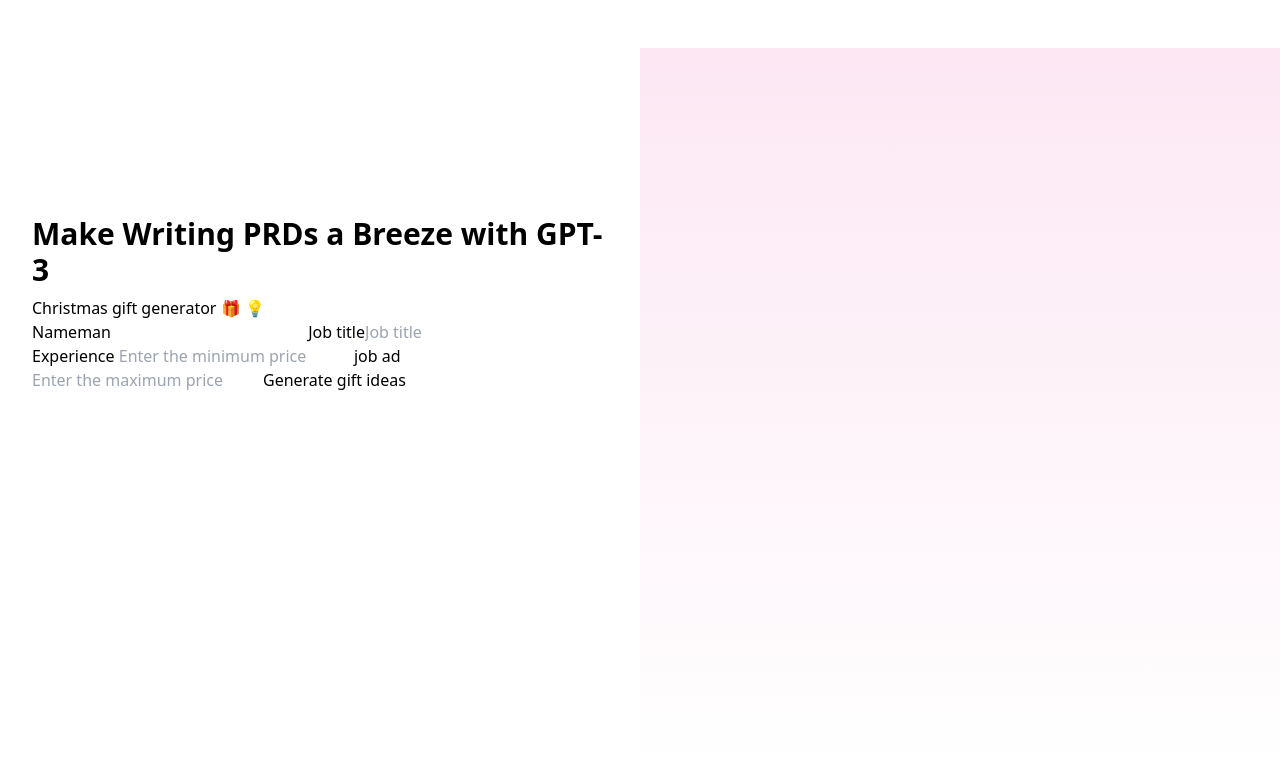
Repository: hamza-mastar/chatgpt-jpbad
Page: /
An editor plug-in stored every save of this project. The page is shown before and after the next save, followed by the edit.
The browser window is 1280 px wide. The pictures show the whole page.
The project was rebuilt for these pictures with package versions that can differ from the ones it lists, and the page was loaded fresh each time. The framework's server and built-in components were replaced by stand-ins that run in the browser.

Above is the page before, as saved 2023-01-30 04:32:29.

### pages/_app.js
import 'tailwindcss/tailwind.css'

import '../styles/globals.css'

export default function MyApp({ Component, pageProps }) {
  return <Component {...pageProps} />
}

### pages/index.js
import Head from 'next/head';
import React from 'react';
import { useState } from 'react';

import styles from './index.module.css';


// import './gifts.css'




export default function Home() {
  const [name, setName] = useState('man');
  const [job_title, setJob_title] = useState("");
  const [experience, setExperience] = useState("");
  const [job_ad, setJob_ad] = useState("");

  const [loading, setLoading] = useState(false);

  const [result, setResult] = useState('');

  async function onSubmit(event) {
    event.preventDefault();
    if (loading) {
      return;
    }
    setLoading(true);
    setResult('hamza');
    const response = await fetch('/api/generate-gifts', {
      method: 'POST',
      headers: {
        'Content-Type': 'application/json',
      },
      body: JSON.stringify({ name, job_title, experience, job_ad}),
    });
    const data = await response.json();
    setResult(data.result.replaceAll('\n', '<br />'));
    setLoading(false);
  }


  return (
    <>



    <dody class="h-full px-5 sm:px-6">
      <div class="flex relative sm:flex-col md: flex-col">

      <Head>
        <title>OpenAI Quickstart</title>
        <link rel="icon" href="/dog.png" />
      </Head>

      <main className={styles.main}>
     <div class="min-h-screen w-full lg:w-1/2 relative">
    <div class="h-full px-5 sm:px-6">
      <div class="h-full w-full max-w-xl mx-auto flex flex-col after:mt-auto after:flex-1">
        <header class="sm:flex-1 flex mb-auto sm:py-10 pt-6 items-center sm:justify-between flex-col sm:flex-row" >
          <div class="flex items-center justify-between h-24 md:h-20"> </div>

            {/* logo icone login  */}
            </header>
            <div class="flex-1 py-8">
           <div  class="mb-4" >
           <h1 class="text-3xl font-bold font-inter mb-2"> Make Writing PRDs a Breeze with GPT-3 </h1>





        <h3  >Christmas gift generator 🎁 💡</h3>
        <form  onSubmit={onSubmit}>
          <label>Name</label>
          <input
            type="text"
            name="name"
            placeholder="Enter the Name"
            value={name}
            onChange={(e) => setName(e.target.value)}
          />


          <label>Job title</label>
          <input
            type="text"
            name="job_title"
            placeholder="Job title"
            value={job_title}
            onChange={(e) => setJob_title(e.target.value)}
          />

          <label>Experience </label>
          <input
            type="text"
            name="experience"
            placeholder="Enter the minimum price"
            value={experience}
            onChange={(e) => setExperience(e.target.value)}
          />

          <label> job ad</label>
          <input
            type="text"
            name="job_ad"
            placeholder="Enter the maximum price"
            value={job_ad}
            onChange={(e) => setJob_ad(e.target.value)}
          />



          <input type="submit" value="Generate gift ideas" />

        </form>
        </div>
       </div>
        </div>
        </div>
          </div>

          {/* loging page ////////////////// */}

          <div class="relative lg:fixed right-0 bottom-0 lg:block lg:w-1/2 overflow-hidden sm:px-5 lg:h-full h-auto overflow-y-auto top-12">
            <div class="absolute inset-0 bg-gradient-to-b from-pink-100 to-white pointer-events-none -z-10" >
              {/* <div class="hidden md:block absolute right-0 pointer-events-none -z-10"> */}
                <div class="h-auto">
                {/* <div class="p-6 pb-0 h-[calc(100vh-6rem)]" > */}
                {/* <div class="form-textarea relative text-base w-full p-4 px-8 overflow-scroll h-[calc(100%-1rem)] shadow-2xl flex items-center justify-center" > */}
                {/* <div class="text-pink-600 font-mono text-left text-base font-semibold absolute top-4 left-4"> */}
        {loading && (
          <div>
            <h3>Looking for the best gift ideas 🎁 💡</h3>
            <img src="/loading.gif" className={styles.loading} />
          </div>



        )}
        <div class="is-typed pb-0 h-[calc(100vh-6rem)] form-textarea relative text-base w-full p-4 px-8 overflow-scroll   flex items-center justify-center "
          className={styles.result}
          dangerouslySetInnerHTML={{ __html: result }}


        />
        </div>
        </div>
        </div>
        {/* </div> */}
        {/* </div> */}
        {/* </div>
        </div> */}
      </main>
      </div>

      </dody>


    </>
  );
}
// Name Job_title Experience job_ad

### pages/index.module.css


@font-face {
  font-family: "ColfaxAI";
  src: url(https://cdn.openai.com/API/fonts/ColfaxAIRegular.woff2)
      format("woff2"),
    url(https://cdn.openai.com/API/fonts/ColfaxAIRegular.woff) format("woff");
  font-weight: normal;
  font-style: normal;
}
@font-face {
  font-family: "ColfaxAI";
  src: url(https://cdn.openai.com/API/fonts/ColfaxAIBold.woff2) format("woff2"),
    url(https://cdn.openai.com/API/fonts/ColfaxAIBold.woff) format("woff");
  font-weight: bold;
  font-style: normal;
}
/* .main,
.main input {
  font-size: 16px;
  line-height: 24px;
  color: #353740;
  font-family: "ColfaxAI", Helvetica, sans-serif;
}
.main {
  display: flex;
  flex-direction: column;
  align-items: center;
  padding-top: 60px;
}
.main .icon {
  width: 34px;
}
.main h3 {
  font-size: 32px;
  line-height: 40px;
  font-weight: bold;
  color: #202123;
  margin: 16px 0 40px;
}
.main form {
  display: flex;
  flex-direction: column;
  width: 320px;
}
.main input[type="text"] {
  padding: 12px 16px;
  border: 1px solid #10a37f;
  border-radius: 4px;
  margin-bottom: 24px;
  outline-color: #10a37f;
}
.main ::placeholder {
  color: #8e8ea0;
  opacity: 1;
}
.main input[type="submit"] {
  padding: 12px 0;
  color: #fff;
  background-color: #10a37f;
  border: none;
  border-radius: 4px;
  text-align: center;
  cursor: pointer;
}
.main .result {
  padding: 100px;
  font-weight: bold;
  margin-top: 40px;
  position:absolute;
  display: flex;
  justify-content: end;
} */

.main .loading {
  width: 50;
}

/* .main input[type="text"],
.main input[type="number"],
.main select {
  padding: 12px 16px;
  border: 1px solid #10a37f;
  border-radius: 4px;
  margin-bottom: 12px;
  margin-top: 4px;
}
.hamza {
  background-color: #10a37f;
} */






.relative {
  position: relative;
}

.nano {
  background-color: white;
  color: black;
  display: flex;
  overflow: scroll;
}

.form-textarea{
  border-width: 1px;
  --tw-border-opacity: 1;
  border-color: rgb(209 213 219 / var(--tw-border-opacity));
  --tw-bg-opacity: 1;
  background-color: rgb(255 255 255 / var(--tw-bg-opacity));
  height: 600px;
  width: 600px;
}

.texxt-base {
  font-size: 18px;
  line-height: 1.5;
  letter-spacing: -.01em;
  color: black

}
.typed {
  color: #1f2937;
  white-space: break-spaces;
  font-size: 100px;
}
@media only screen and (max-width: 600px) {
  .goho {
    width: auto;
    display: flex;
    justify-content:center ;

  }
}

Loaded but not shown: styles/globals.css (common file); tailwind.config.js (common file)

After the next save:
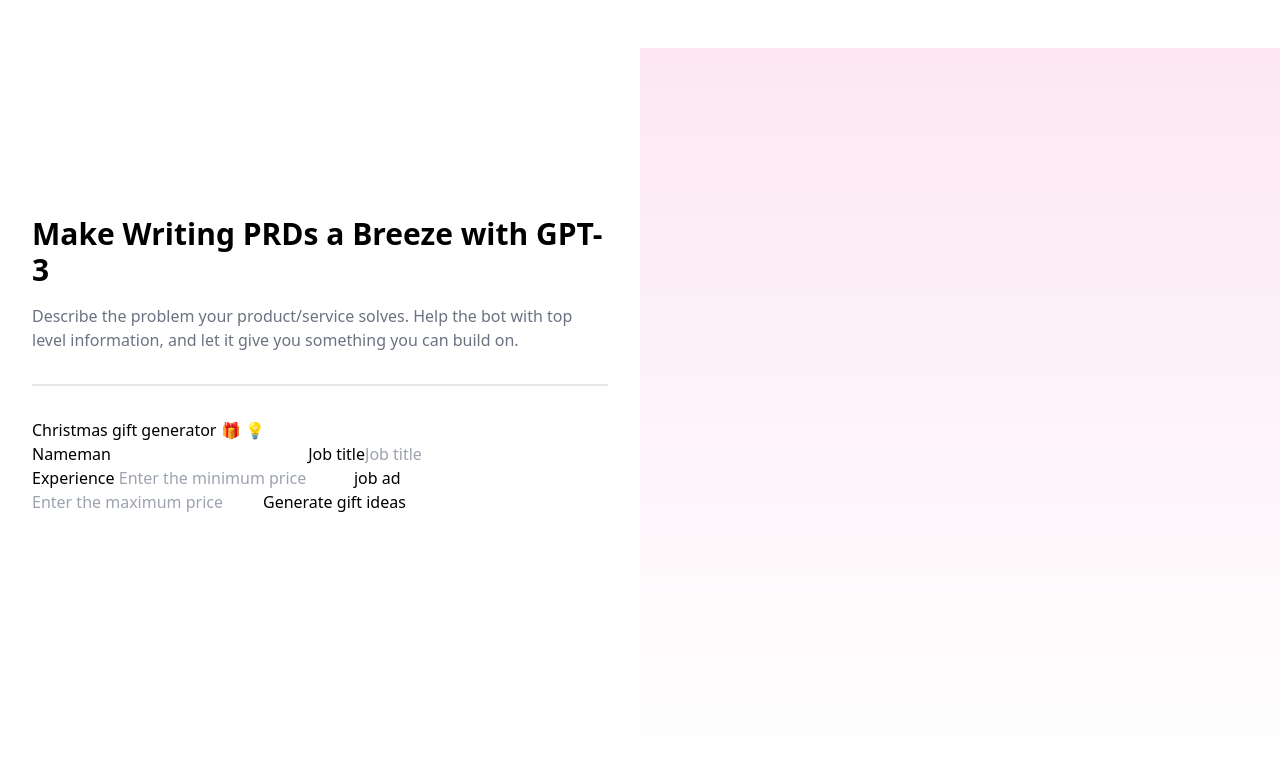
Saved 63 s later.
--- a/pages/index.js
+++ b/pages/index.js
@@ -65,13 +65,15 @@
             <div class="flex-1 py-8">
            <div  class="mb-4" >
            <h1 class="text-3xl font-bold font-inter mb-2"> Make Writing PRDs a Breeze with GPT-3 </h1>
+           <div class="text-gray-500 mt-4 mb-6"> Describe the problem your product/service solves. Help the bot with top level information, and let it give you something you can build on. </div>
+           <div class="divide-y divide-gray-200 my-8 relative border"></div>
 
 
 
 
 
         <h3  >Christmas gift generator 🎁 💡</h3>
-        <form  onSubmit={onSubmit}>
+        <form  onSubmit={onSubmit} class="mb-12 relative">
           <label>Name</label>
           <input
             type="text"
